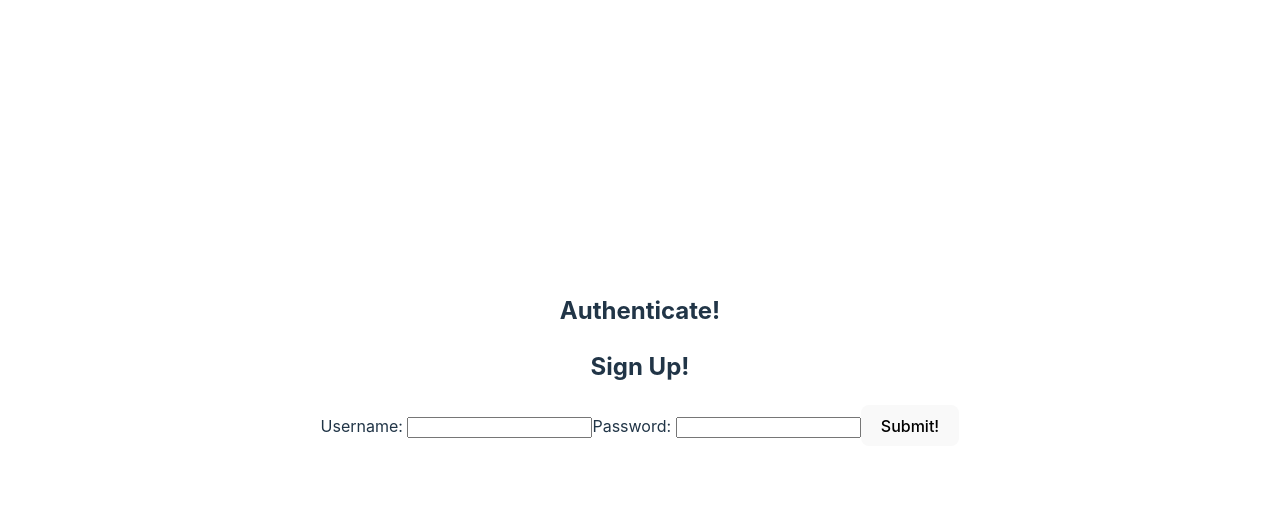
Repository: Andres513/ReactForms
Page: /
The author's editor kept a copy of each file at every save. The page is drawn from the files as they stood at one save, then again after a run of saves.
The browser window is 1280 px wide. The pictures show the whole page.
The project was rebuilt for these pictures with package versions that can differ from the ones it lists, and the page was loaded fresh each time. Also part of the build but not shown: vite.config.js.

Above is the page before, as saved 2024-02-18 22:43:09.

After the next 2 saves:
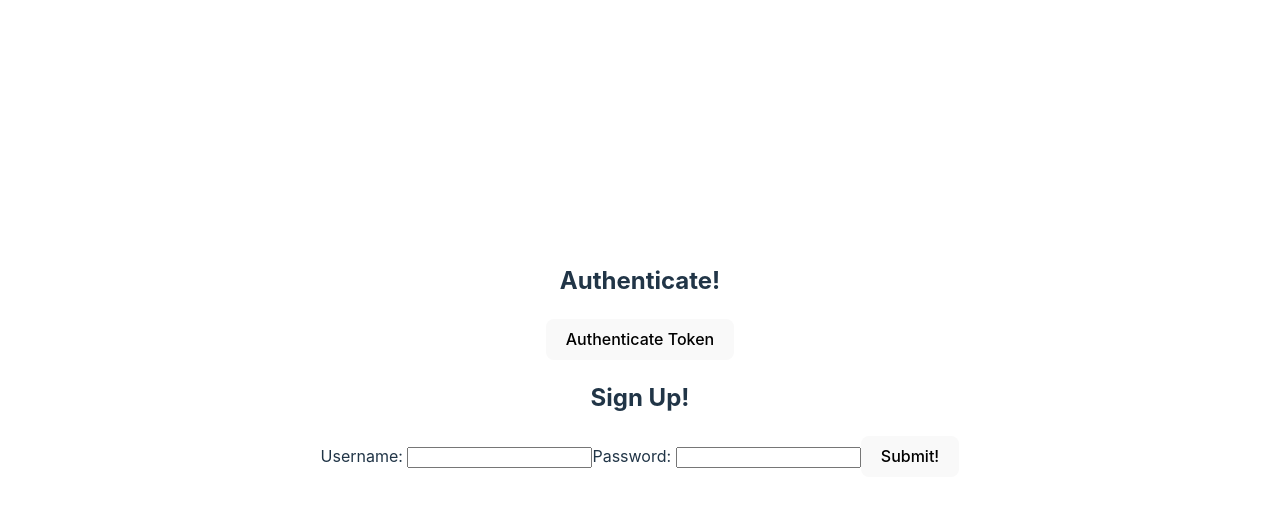
The 2 saves are shown as one change because 1 did not build or start.
The last was saved 8 min 16 s later.
--- a/src/components/Authenticate.jsx
+++ b/src/components/Authenticate.jsx
@@ -1,7 +1,15 @@
 
 
-export default function Authenticate() {
+export default function Authenticate({ token }) {
+
+    async function handleClick() {
+        console.log("Button was pressed!")
+    }
+
     return (
+        <>
         <h2>Authenticate!</h2>
+        <button onClick={handleClick}>Authenticate Token</button>
+        </>
     )
 }
